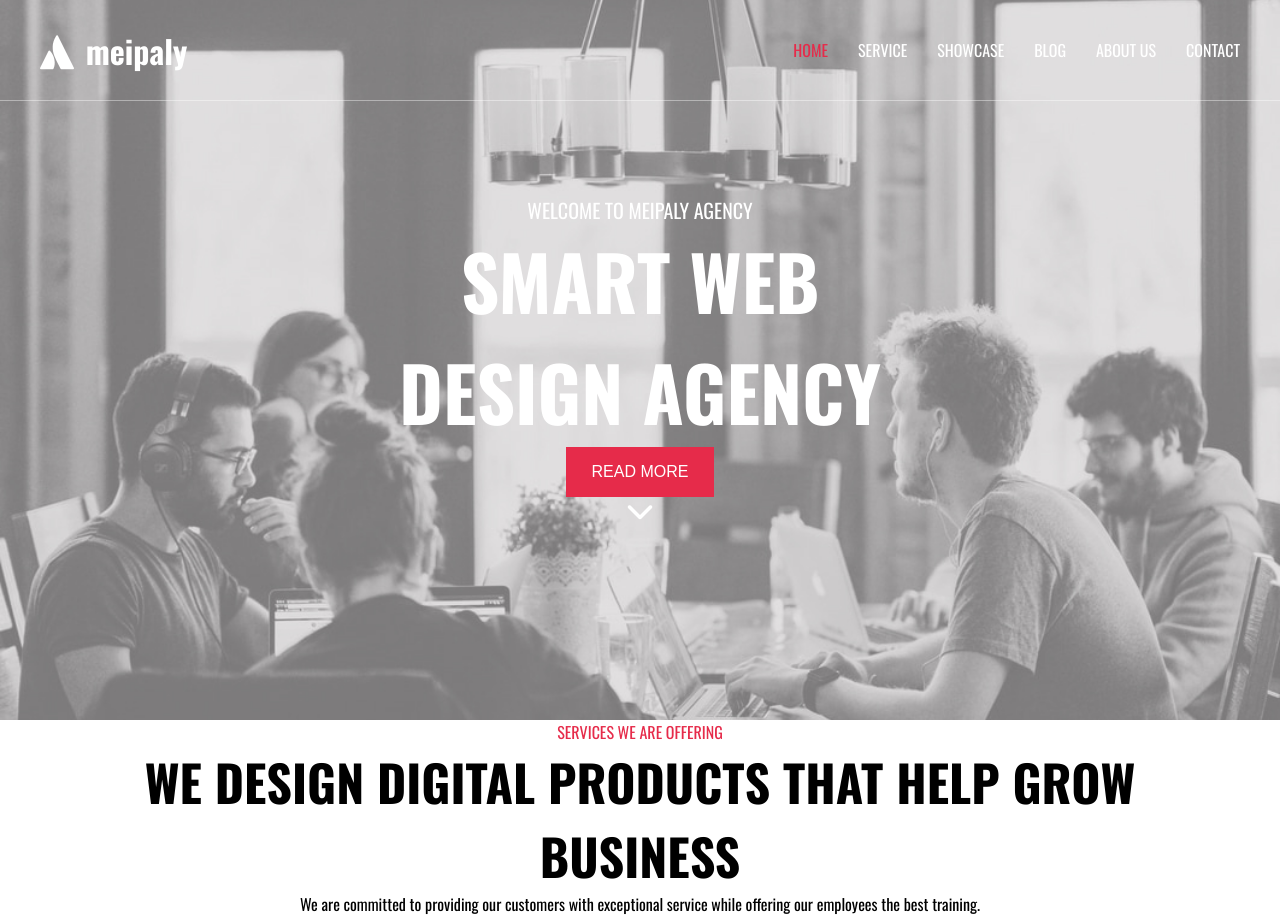
Repository: trminhphuc1504/meipaly
Page: meipaly.html
An editor plug-in stored every save of this project. The page is shown before and after the next save, followed by the edit.
The browser window is 1280 px wide. The pictures show the whole page.
Some web libraries are served in a nearby version.

Above is the page before, as saved 2024-08-18 23:48:55.

### meipaly.html
<!DOCTYPE html>
<html lang="en">
  <head>
    <meta charset="UTF-8" />
    <meta http-equiv="X-UA-Compatible" content="IE=edge" />
    <meta name="viewport" content="width=device-width, initial-scale=1.0" />
    <title>Meipaly</title>
    <!-- link logo -->
    <link
      rel="stylesheet"
      href="https://cdnjs.cloudflare.com/ajax/libs/font-awesome/6.6.0/css/all.min.css"
    />
    <!-- google-font -->
    <link rel="preconnect" href="https://fonts.googleapis.com" />
    <link rel="preconnect" href="https://fonts.gstatic.com" crossorigin />
    <link
      href="https://fonts.googleapis.com/css2?family=Oswald:wght@200..700&display=swap"
      rel="stylesheet"
    />
    <!-- link css -->
    <link rel="stylesheet" href="css/meipaly.css" />
  </head>
  <body>
    <!-- header -->
    <section id="header">
      <div class="container">
        <header>
          <div class="header-logo">
            <i class="fa-brands fa-atlassian"></i> <span>meipaly </span>
          </div>
          <nav class="header-nav">
            <ul>
              <li><a class="active" href="">HOME</a></li>
              <li><a href="">SERVICE</a></li>
              <li><a href="">SHOWCASE</a></li>
              <li><a href="">BLOG</a></li>
              <li><a href="">ABOUT US</a></li>
              <li><a href="">CONTACT</a></li>
            </ul>
          </nav>
        </header>
      </div>
    </section>
    <!-- banner -->
    <section id="banner">
      <div class="banner-content">
        <p class="banner-desc">WELCOME TO MEIPALY AGENCY</p>
        <h1 class="banner-title">SMART WEB DESIGN AGENCY</h1>
        <button class="banner-btn">Read More</button>
        <i class="fa-solid fa-chevron-down banner-icon"></i>
      </div>
    </section>

    <!-- Carousel -->
    <section id="carousel">
      <div class="container">
        <div class="carousel-content">
          <div class="carousel-sub-title">SERVICES WE ARE OFFERING</div>
          <h2 class="carousel-title">
            WE DESIGN DIGITAL PRODUCTS THAT HELP GROW BUSINESS
          </h2>
          <p class="carousel-desc">
            We are committed to providing our customers with exceptional service
            while offering our employees the best training.
          </p>
          <div class="carousel-slider"></div>
        </div>
      </div>
    </section>
  </body>
</html>

### css/meipaly.css
/* reset css */
* {
margin: 0;
padding: 0;
box-sizing: border-box;
}

/* reset gạch chân mặc định của thẻ a  */
a{
    text-decoration: none;
}
html{
    font-family: "Oswald", sans-serif;
}

.container{
    max-width: 1200px;
    margin: auto;
    /* background: blue; */
}

/* --------------Header-------------- */
header{
    display: flex;
    justify-content: space-between;
    height: 100px;
    align-items: center;
}

#header{
    position: absolute;
    width: 100%;
    left: 0;
    top:0;
    border-bottom:1px solid rgba(255, 255, 255, 0.4);
}

header .header-logo{
    /* thay đổi hình dạng của con trỏ chuột */
    cursor:pointer ;
}

/* selector chọn những thẻ có class là header-logo nằm trong thẻ header */
header .header-logo span{
 font-size:32px;
 font-weight: 700;
 color:#fff;
 margin-left:  8px;
}

header .header-logo i{
    font-size:34px;
    color: #fff;
}

header .header-nav a{
    text-decoration: none;
    text-transform: uppercase;
    color: #fff;
    /* Xác định thuộc tính thay đổi */
    /* transition: all; */

    /* Thời gian thực hiện chuyển động thay đổi */
    /* transition-duration: 0.3s; */

    /* Hiệu ứng thay đổi */
    /* transition-timing-function: ease-in-out; */

    /* Cú pháp rút gọn */
    transition: all 0.3s ease-in-out;
}
/* hover: bắt sự kiện khi rê chuột vào thẻ a */
header .header-nav a:hover{
color: #e62b4a;
}
/* C1 */
/* header .header-nav li {
    display: inline;
    margin: 30px;
} */

/* C2: Sử dụng flex */
header .header-nav ul{
    /* bỏ đi đánh dấu của thẻ ul li */
    list-style: none;
    display: flex;
    /* chỉnh khoảng cách giữa các flex items */
    gap: 30px;
}
/* C1: thêm class active vào thẻ a ở file html */
/* Seclector tới thẻ a có class active nằm trong header-nav và trong header */
header .header-nav a.active{
    color: #e62b4a;
}

/* C2 */
/* Selector tới thẻ a trong thẻ con li đầu tiên của thẻ ul */
/* nth-child():lựa chọn tới thẻ con bất kì */
/* header .header-nav ul li:first-child{
    color: #e62b4a;
} */

#banner{
        /* Dùng hình ảnh để làm hình nền  */
        background:url(../img/home_slider.jpg);
        /*Tránh trường hợp lặp lại hình*/
        background-repeat: no-repeat;
        /* Chỉnh kích thước của hình nền */
        /* cover:chiếm hết toàn bộ kích thước của thẻ cha */
        /* contain: Giữ nguyên kích thước của hình*/
        background-size: cover;
        /* Chỉnh sửa vị trí của hình background */
        background-position: center;

        /* Cú pháp viết gọn */
        /* background:url(../img/home_slider.jpg) no-repeat center / cover; */
}



/* Banner */
/* Căn giữa nội dụng */
/* C1: flex box */
#banner .banner-content{
    display: flex;
    flex-direction: column;
    justify-content: center;
    align-items: center;
    height:100vh;
}

#banner .banner-content .banner-icon{
    color:#fff;
    font-size: 28px;

    /* Tên của animation đang muốn áp dụng vào */
    animation-name: fadeDown;

    /* Kiểu chuyển động của animation */
    animation-timing-function: linear;

    /* Thời gian thực hiện của animation */
    animation-duration: 1s;

    animation-fill-mode: both;

    /* Thời gian chờ trước khi animation đc thực hiện */
    animation-delay: 1s;

    /* Số lần animation đc thực hiện */
    animation-iteration-count: infinite;


    /* Cú pháp rút gọn: */
    /* animation:fadeDown 1s linear infinite; */
}

/* C2:Position */
/* #banner{
    position: relative;
} */

/* #banner .banner-content{
    position: absolute;
    top:50%;
    left:50%;
    transform: translate(-50%,-50%);
    margin-top:79px;
    text-align: center;
    background-color: #111;
} */

#banner .banner-content .banner-desc{
    color: white;
    font-size: 20px;

}

#banner .banner-content .banner-title{
    color: white;
    font-size: 75px;
    max-width: 500px;
    text-align: center;
}



#banner .banner-content .banner-btn{
    background-color: rgb(230, 43, 74);
    padding: 14px 24px;
    text-transform: uppercase;
    color: #fff;
    font-size: 16px;
    font-weight: 400;
    cursor: pointer;
    outline: none;
    border: 2px solid transparent;
    transition: all 0.3s ease-in-out;
}

#banner .banner-content .banner-btn:hover{
    /* Giá trị cuối cùng (alpha) từ 0-1 giá trị càng nhỏ thì càng đậm */
    /* background-color: rgb(230, 43, 74); */
    background: rgb(230, 43, 74 ,0.6);
}

/* Tạo animation */
/* @keyframe */
@keyframes fadeDown {
    from{
        /* thuộc tính của trang thái bắt đầu */
        opacity: 1;
        transform: translateY(0);
    }
    to{
        /* thuộc tính ở trạng thái khết thúc */
        opacity: 0;
        transform: translateY(50px);
    }
}


/* Carousel */

#carousel .carousel-content {
    text-align: center;
}

#carousel .carousel-content .carousel-sub-title{
    color:#e62b4a
}

#carousel .carousel-content .carousel-title{
    font-size: 50px;
}

After the next save:
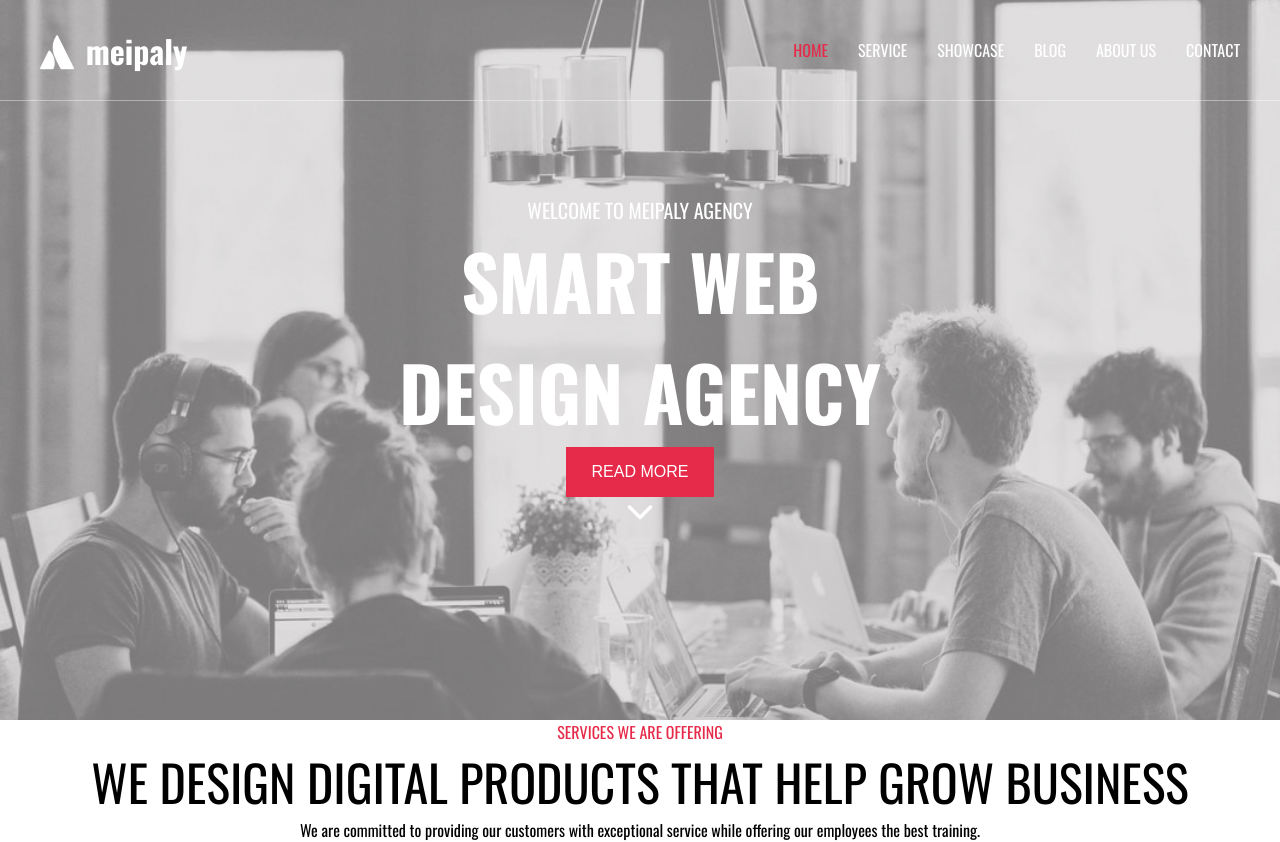
Saved 44 s later.
--- a/css/meipaly.css
+++ b/css/meipaly.css
@@ -232,4 +232,5 @@
 
 #carousel .carousel-content .carousel-title{
     font-size: 50px;
-}
+    font-weight: 400;
+}
